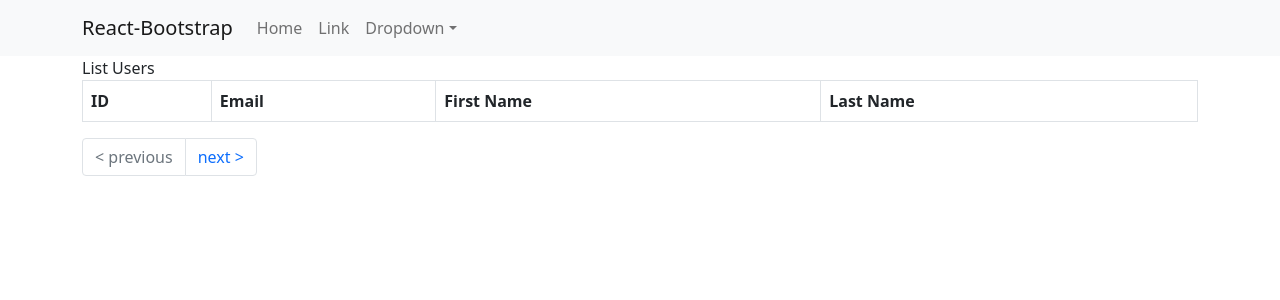
Repository: hieuche123/practice-reactjs
Page: /
An editor plug-in stored every save of this project. The page is shown before and after the next save, followed by the edit.
The browser window is 1280 px wide. The pictures show the whole page.
The page's requests for data from a server got no answer. The project was rebuilt for these pictures with package versions that can differ from the ones it lists, and the page was loaded fresh each time. No one was signed in, and anything a server would have sent is missing.

Above is the page before, as saved 2023-03-21 21:26:08.

### src/index.js
import React from 'react';
import ReactDOM from 'react-dom';
import App from './App';
import 'bootstrap/dist/css/bootstrap.min.css';

ReactDOM.render(
  <React.StrictMode>
    <App />
  </React.StrictMode>,
  document.getElementById('root')
);

// If you want to start measuring performance in your app, pass a function
// to log results (for example: reportWebVitals(console.log))
// or send to an analytics endpoint. Learn more: https://bit.ly/CRA-vitals

### src/App.js

import { Container } from 'react-bootstrap';
import './App.scss';
import Header from './components/Header';
import TableUsers from './components/TableUsers';

function App() {
  return (
    <div className="app-container">
      <Header/>
      <Container>
        <div>
          List Users
        </div>
        <TableUsers/>
      </Container>
    </div>
  );
}

export default App;

### src/components/Header.js
import Container from 'react-bootstrap/Container';
import Nav from 'react-bootstrap/Nav';
import Navbar from 'react-bootstrap/Navbar';
import NavDropdown from 'react-bootstrap/NavDropdown';
function Header() {
    return (
        <>
            <Navbar bg="light" expand="lg">
                <Container>
                    <Navbar.Brand href="#home">React-Bootstrap</Navbar.Brand>
                    <Navbar.Toggle aria-controls="basic-navbar-nav" />
                    <Navbar.Collapse id="basic-navbar-nav">
                    <Nav className="me-auto">
                        <Nav.Link href="#home">Home</Nav.Link>
                        <Nav.Link href="#link">Link</Nav.Link>
                        <NavDropdown title="Dropdown" id="basic-nav-dropdown">
                        <NavDropdown.Item href="#action/3.1">Action</NavDropdown.Item>
                        <NavDropdown.Item href="#action/3.2">
                            Another action
                        </NavDropdown.Item>
                        <NavDropdown.Item href="#action/3.3">Something</NavDropdown.Item>
                        <NavDropdown.Divider />
                        <NavDropdown.Item href="#action/3.4">
                            Separated link
                        </NavDropdown.Item>
                        </NavDropdown>
                    </Nav>
                    </Navbar.Collapse>
                </Container>
            </Navbar>
        </>
    );
}

export default Header;

### src/components/TableUsers.js
import axios from 'axios';
import { useEffect, useState } from 'react';
import Table from 'react-bootstrap/Table';
import {fetchAllUser} from '../sevices/UserSevice'
import ReactPaginate from 'react-paginate';
function TableUsers(props) {
    const [listUsers, setListUsers] = useState([]);
    const [totalUsers, setTotalUsers] = useState(0);
    const [totalPages, setTotalPages] = useState(0);

    useEffect(()=> {
        getUsers(1);
    },[])

    const getUsers = async(page) => {
        let res = await fetchAllUser(page);
        if(res && res.data) {
            setListUsers(res.data);
            setTotalUsers(res.total);
            setTotalPages(res.total_pages);
            console.log(res.data)
        }
        console.log(res)
    }

    const handlePageClick = (event) => {
        getUsers(+event.selected + 1);

      };

    return (
        <>
            <Table striped bordered hover>
                <thead>
                    <tr>
                    <th>ID</th>
                    <th>Email</th>
                    <th>First Name</th>
                    <th>Last Name</th>
                    </tr>
                </thead>
                <tbody>
                    {listUsers && listUsers.length > 0 &&
                        listUsers.map((item, index) => {
                            return (
                                <tr key={item.id}>
                                    <th>{item.id}</th>
                                    <th>{item.email}</th>
                                    <th>{item.first_name}</th>
                                    <th>{item.last_name}</th>
                                </tr>
                            )
                        })

                    }
                </tbody>
            </Table>
            <ReactPaginate
                breakLabel="..."
                nextLabel="next >"
                onPageChange={handlePageClick}
                pageRangeDisplayed={5}
                pageCount={totalPages}
                previousLabel="< previous"

                pageClassName='page-item'
                pageLinkClassName='page-link'
                previousClassName='page-item'
                previousLinkClassName='page-link'
                nextClassName='page-item'
                nextLinkClassName='page-link'
                breakClassName='page-item'
                breakLinkClassName='page-link'
                containerClassName='pagination'
                activeClassName='active'
            />


        </>
    );
}

export default TableUsers;

### src/sevices/UserSevice.js
import axios from './CustomizeAxios';

const fetchAllUser = (page) => {
    return axios.get(`/api/users?page=${page}`)
}



export {fetchAllUser};

### src/sevices/CustomizeAxios.js
import axios from "axios";

const instance = axios.create({
    baseURL: 'https://reqres.in'
})

// Add a response interceptor
instance.interceptors.response.use(function (response) {
    // Any status code that lie within the range of 2xx cause this function to trigger
    // Do something with response data
    return response.data;
  }, function (error) {
    // Any status codes that falls outside the range of 2xx cause this function to trigger
    // Do something with response error
    return Promise.reject(error);
  });
export default instance;

Loaded but not shown: public/index.html (common file); src/App.scss (common file)

After the next save:
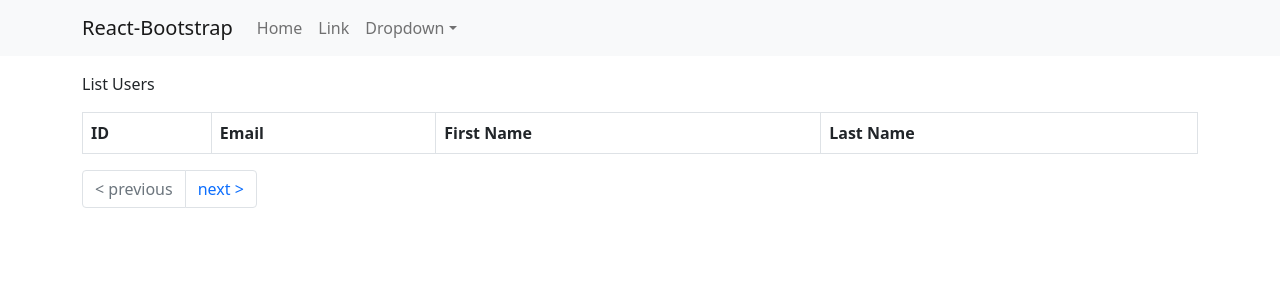
Saved 51 s later.
--- a/src/App.js
+++ b/src/App.js
@@ -9,7 +9,7 @@ function App() {
     <div className="app-container">
       <Header/>
       <Container>
-        <div>
+        <div className='my-3'>
           List Users
         </div>
         <TableUsers/>
